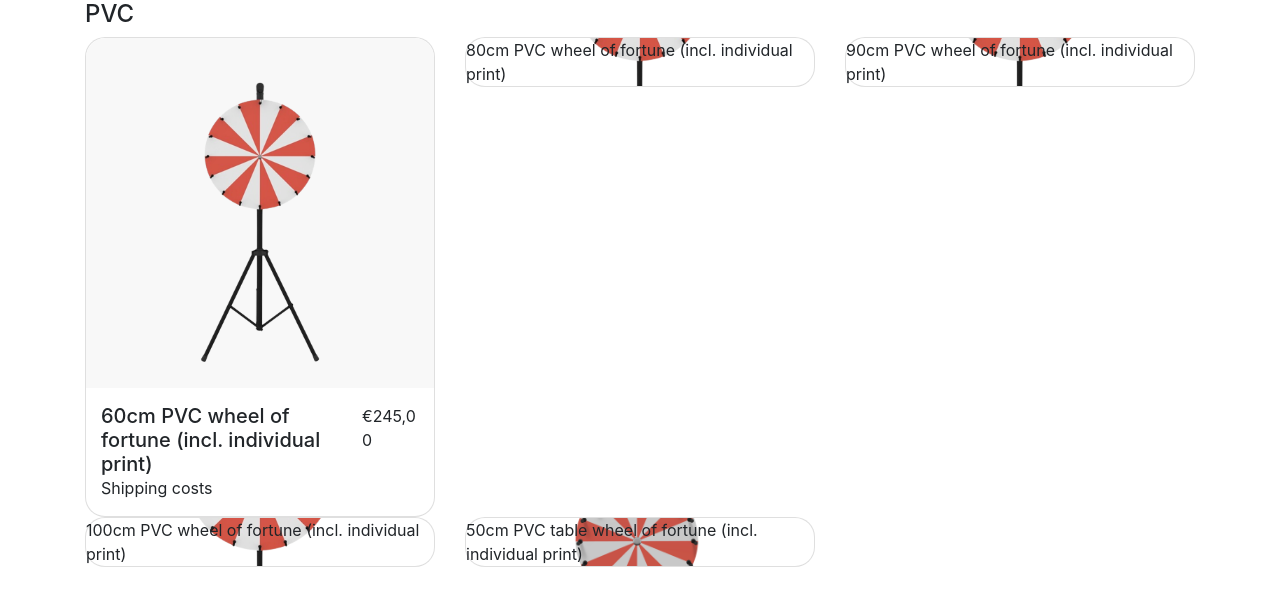
Repository: Awaisp-irfan/fahad-project
Page: pvc.html
The author's editor kept a copy of each file at every save. The page is drawn from the files as they stood at one save, then again after the next save.
The browser window is 1280 px wide. The pictures show the whole page.

Above is the page before, as saved 2022-06-30 09:13:26.

After the next save:
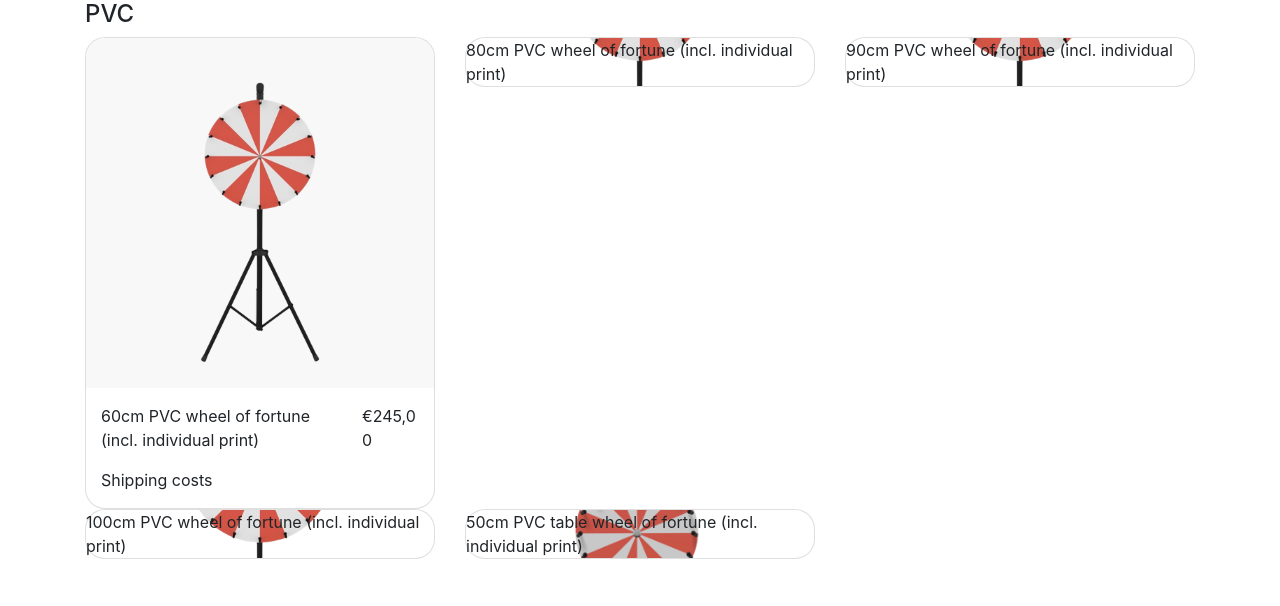
Saved 57 s later.
--- a/pvc.html
+++ b/pvc.html
@@ -30,7 +30,7 @@
             </div>
             <div class="cm60-content d-flex justify-content-between my-lg-3">
               <div class="col-lg-9">
-                <h5 class="m-0">60cm PVC wheel of fortune (incl. individual print)</h5>
+                <p class="cm60-title">60cm PVC wheel of fortune (incl. individual print)</p>
                 <p class="m-0 p-0">Shipping costs</p>
               </div>
               <div class="col-lg-3">€245,00</div>
